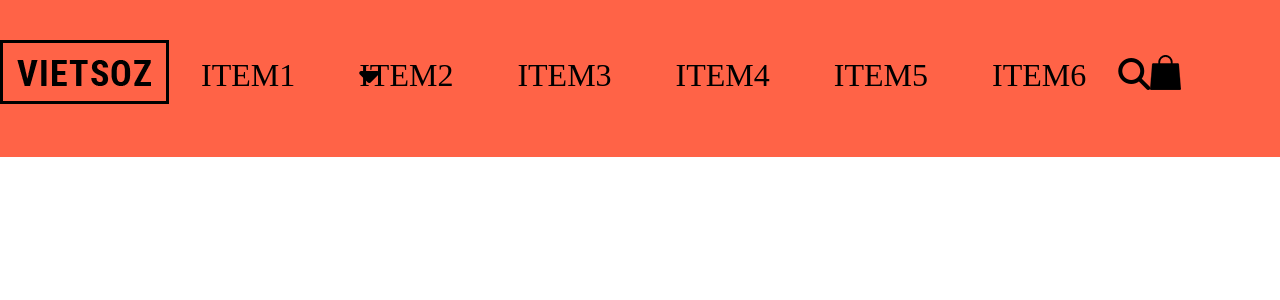
Repository: Kienroro2003/Kienroro-Miscellaneous
Page: UNITOP/front-end/project/vietsoz/header.html
These files come from the project's save history. The page is drawn as it stood at one moment and after the next save; the edit follows.
The browser window is 1280 px wide. The pictures show the whole page.
The style sheet was rebuilt from its Sass, Less or Tailwind sources for each picture, by a compiler version that may differ from the author's.

Above is the page before, as saved 2022-10-04 14:18:49.

### UNITOP/front-end/project/vietsoz/header.html
<!DOCTYPE html>
<html lang="en">
  <head>
    <meta charset="UTF-8" />
    <meta http-equiv="X-UA-Compatible" content="IE=edge" />
    <meta name="viewport" content="width=device-width, initial-scale=1.0" />
    <link rel="stylesheet" href="./assets/css/reset.css" />
    <link rel="stylesheet" href="./assets/css/global.css" />
    <link rel="stylesheet" href="./assets/css/header.css" />
    <link rel="stylesheet" href="./assets/fontawesome/css/all.css">
    <title>Header</title>
  </head>
  <body>
    <div id="header"><div class="container">
      <div class="navbar">
        <a href="" class="navbar__link">
          <img src="./assets/images/logo.png" alt="" class="navbar__image">
        </a>
        <ul class="navbar__menu">
          <li class="navbar__item">item1</li>
          <li class="navbar__item">item2</li>
          <li class="navbar__item">item3</li>
          <li class="navbar__item">item4</li>
          <li class="navbar__item">item5</li>
          <li class="navbar__item">item6</li>
        </ul>
        <div class="navbar__search">
          <i class="fa fa-search"></i>
        </div>
        <div class="navbar__cart">
          <img src="./assets/images/bag.png" alt="">
        </div>
      </div>
    </div></div>
  </body>
</html>

### UNITOP/front-end/project/vietsoz/assets/scss/global.scss
@mixin flexbox(
  $align: flex-start,
  $justify: flex-start,
  $flex-direction: row,
  $wrap: nowrap
) {
  display: flex;
  align-items: $align;
  justify-content: $justify;
  flex-direction: $flex-direction;
  flex-wrap: $wrap;
}

@mixin size($width, $height: $width) {
  width: $width;
  height: $height;
}

@mixin maxWidth($value) {
  @media screen and (max-width: $value) {
    @content;
  }
}

### UNITOP/front-end/project/vietsoz/assets/scss/header.scss
@use "./global.scss" as g;

#header {
  padding: 2.5rem 0 3rem;
  background-color: tomato;
}

.navbar {
  @include g.flexbox(center);
  font-weight: normal;
  font-size: 2rem;
  // line-height: normal;
  &__menu {
    @include g.flexbox(center, space-between);
  }
  &__item {
    text-transform: uppercase;
    padding: 0 2rem;
    position: relative;
    &:nth-child(2)::before {
      content: "\f0d7";
      font-family: "Font Awesome 5 Free";
      font-weight: 900;
      position: absolute;

    }
    // padding:
  }
}

Loaded but not shown: UNITOP/front-end/project/vietsoz/assets/css/reset.css (common file); UNITOP/front-end/project/vietsoz/assets/fontawesome/css/all.css (library)

After the next save:
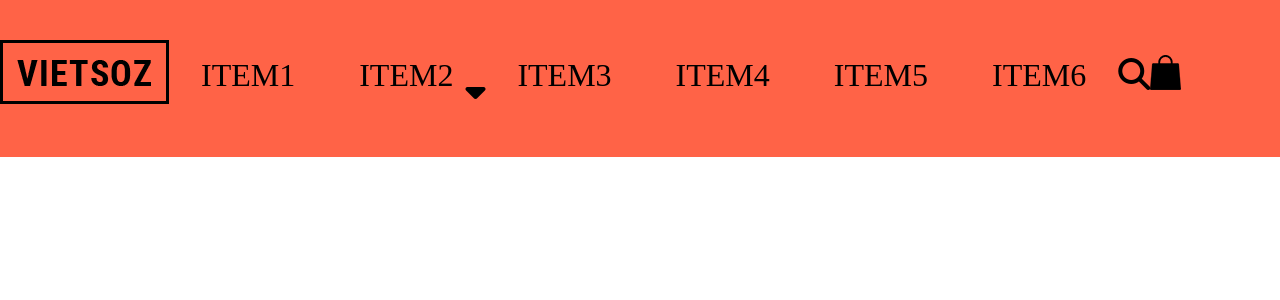
Saved 12 s later.
--- a/UNITOP/front-end/project/vietsoz/assets/scss/header.scss
+++ b/UNITOP/front-end/project/vietsoz/assets/scss/header.scss
@@ -22,7 +22,9 @@
       font-family: "Font Awesome 5 Free";
       font-weight: 900;
       position: absolute;
-
+      right: 0;
+      top:50%;
+      transform: translate();
     }
     // padding:
   }
